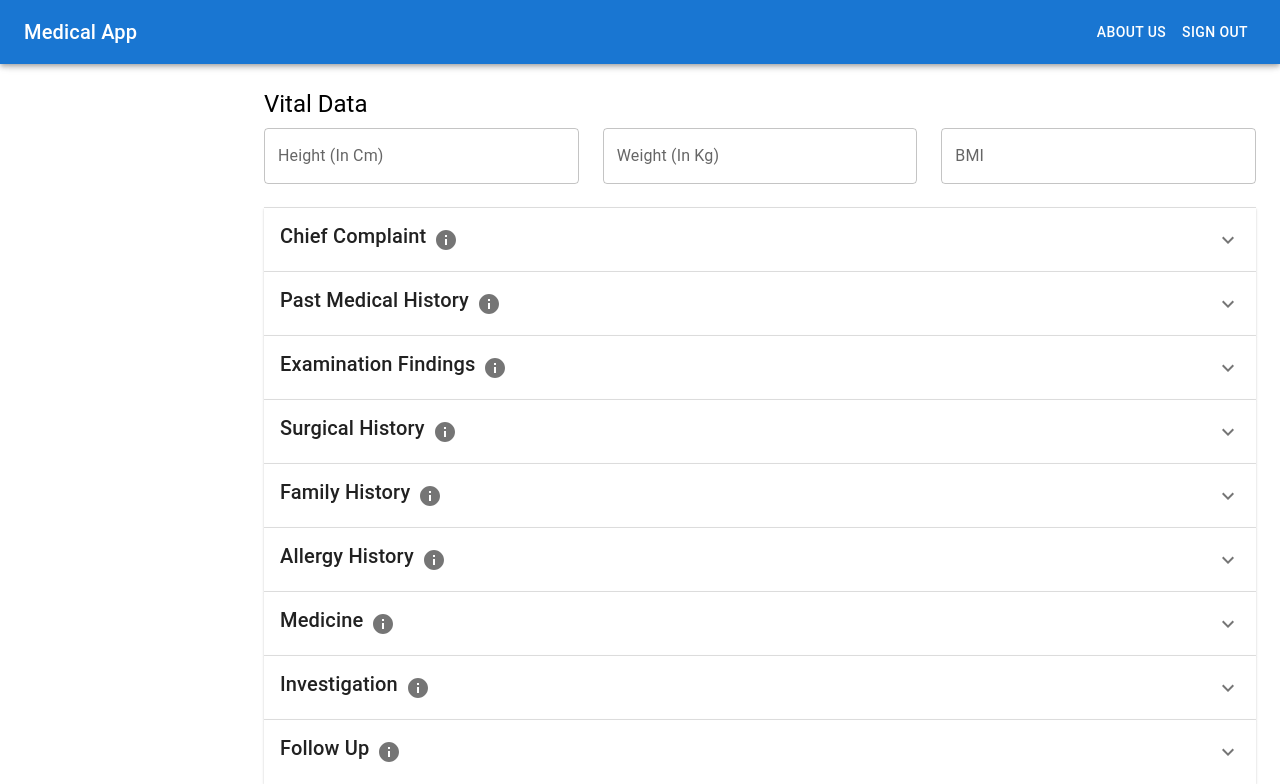
Repository: sshaiv/demo_project
Page: /
The author's editor kept a copy of each file at every save. The page is drawn from the files as they stood at one save, then again after the next save.
The browser window is 1280 px wide. The pictures show the whole page.
The project was rebuilt for these pictures with package versions that can differ from the ones it lists, and the page was loaded fresh each time.

Above is the page before, as saved 2024-08-12 20:06:23.

After the next save:
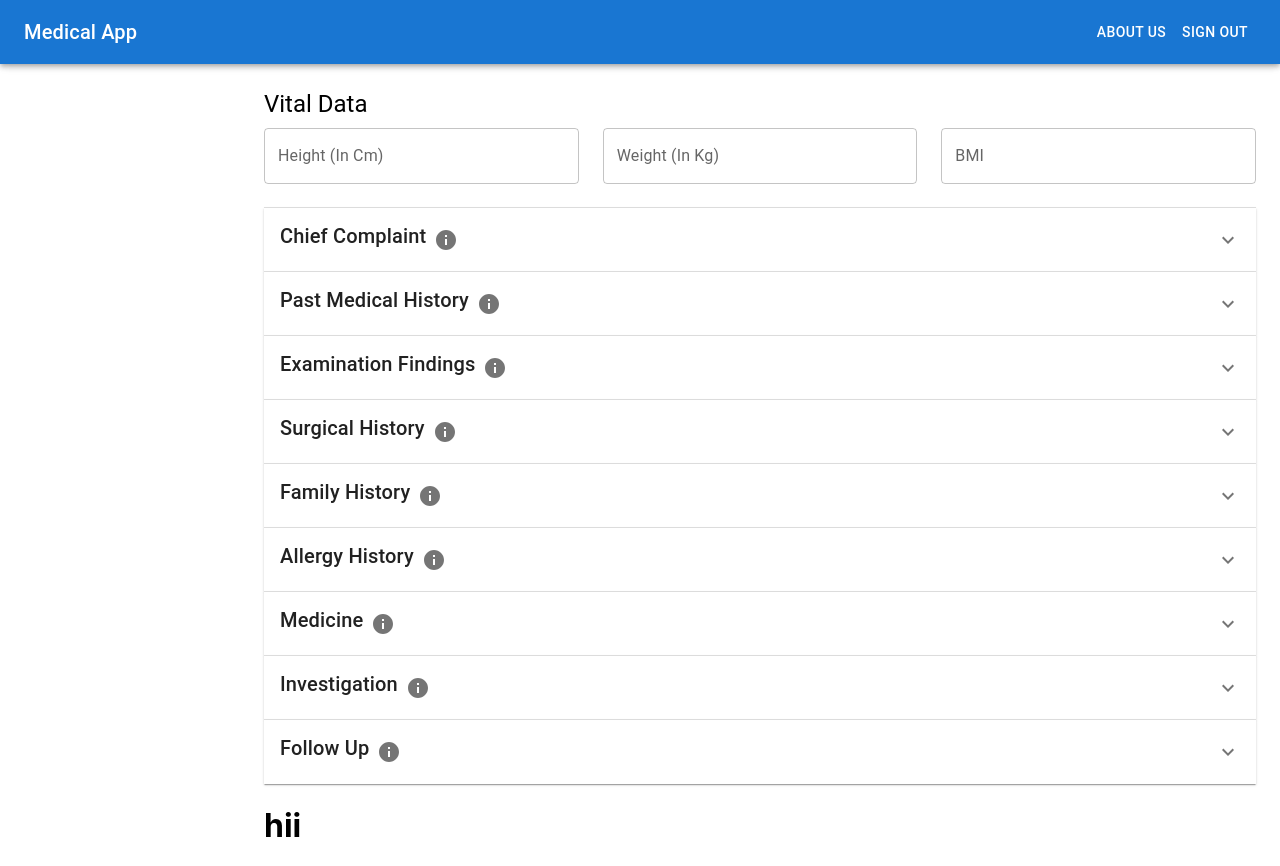
Saved 16 s later.
--- a/src/components/HistoryDetail.js
+++ b/src/components/HistoryDetail.js
@@ -19,7 +19,7 @@ const sections = [
 const HistoryDetail = () => {
   return (
     <div>
-
+        <h1>hii</h1>
     </div>
   );
 };
